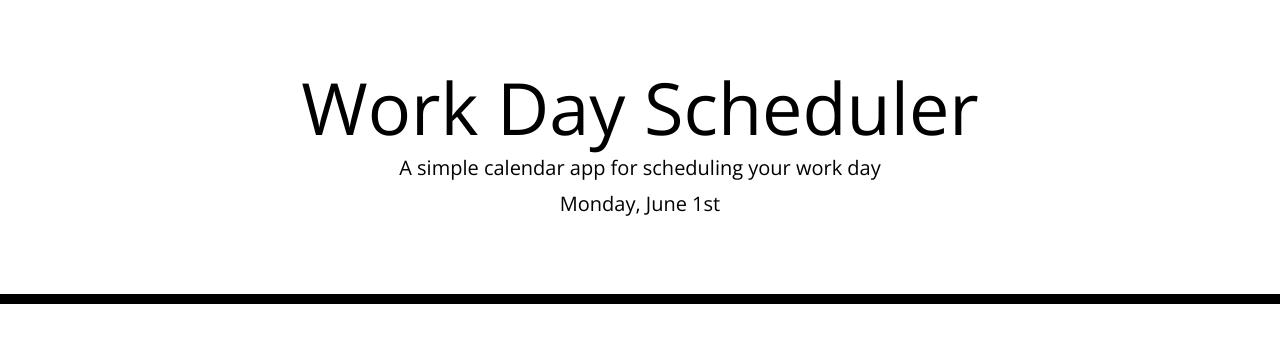
Repository: dtierney21/work-day-scheduler
Page: index.html
These files come from the project's save history. The page is drawn as it stood at one moment and after the next save; the edit follows.
The browser window is 1280 px wide. The pictures show the whole page.
Some web libraries are served in a nearby version.

Above is the page before, as saved 2022-06-28 11:20:00.

### index.html
<!DOCTYPE html>
<html lang="en">
  <head>
    <meta charset="UTF-8" />
    <meta name="viewport" content="width=device-width, initial-scale=1.0" />
    <meta http-equiv="X-UA-Compatible" content="ie=edge" />
    <link
      rel="stylesheet"
      href="https://stackpath.bootstrapcdn.com/bootstrap/4.3.1/css/bootstrap.min.css"
    />
    <link
      rel="stylesheet"
      href="https://use.fontawesome.com/releases/v5.8.1/css/all.css"
      integrity="sha384-50oBUHEmvpQ+1lW4y57PTFmhCaXp0ML5d60M1M7uH2+nqUivzIebhndOJK28anvf"
      crossorigin="anonymous"
    />
    <link
      href="https://fonts.googleapis.com/css?family=Open+Sans&display=swap"
      rel="stylesheet"
    />
    <link rel="stylesheet" href="./assets/css/style.css" />
    <title>Work Day Scheduler</title>
  </head>

  <body>
    <header class="jumbotron">
      <h1 class="display-3">Work Day Scheduler</h1>
      <p class="lead">A simple calendar app for scheduling your work day</p>
      <p id="currentDay" class="lead"></p>
    </header>
    <div class="container">
      <!-- Timeblocks go here -->
    </div>

    <script src="https://cdnjs.cloudflare.com/ajax/libs/jquery/3.2.1/jquery.min.js"></script>
    <script src="https://cdnjs.cloudflare.com/ajax/libs/moment.js/2.24.0/moment.min.js"></script>
    <script src="./assets/js/script.js"></script>
  </body>
</html>

### assets/css/style.css
body {
  font-family: 'Open Sans', sans-serif;
  font-size: 16px;
  line-height: 1;
}

textarea {
  background: transparent;
  border: none;
  resize: none;
  color: #000000;
  border-left: 1px solid black;
  padding: 10px;
}

.jumbotron {
  text-align: center;
  background-color: transparent;
  color: black;
  border-radius: 0;
  border-bottom: 10px solid black;
}

.description {
  white-space: pre-wrap;
}

.time-block {
  text-align: center;
  border-radius: 15px;
}

.row {
  white-space: pre-wrap;
  height: 80px;
  border-top: 1px solid white;
}

.hour {
  background-color: #ffffff;
  color: #000000;
  border-top: 1px dashed #000000;
}

.past {
  background-color: #d3d3d3;
  color: white;
}

.present {
  background-color: #ff6961;
  color: white;
}

.future {
  background-color: #77dd77;
  color: white;
}

.saveBtn {
  border-left: 1px solid black;
  border-top-right-radius: 15px;
  border-bottom-right-radius: 15px;
  background-color: #06aed5;
  color: white;
}

.saveBtn i:hover {
  font-size: 20px;
  transition: all 0.3s ease-in-out;
}

### assets/js/script.js
var currentDayEl = document.querySelector('#currentDay');
var today = moment().format('dddd, MMMM do');
var now = moment();
console.log(now);

currentDayEl.textContent = today;

After the next save:
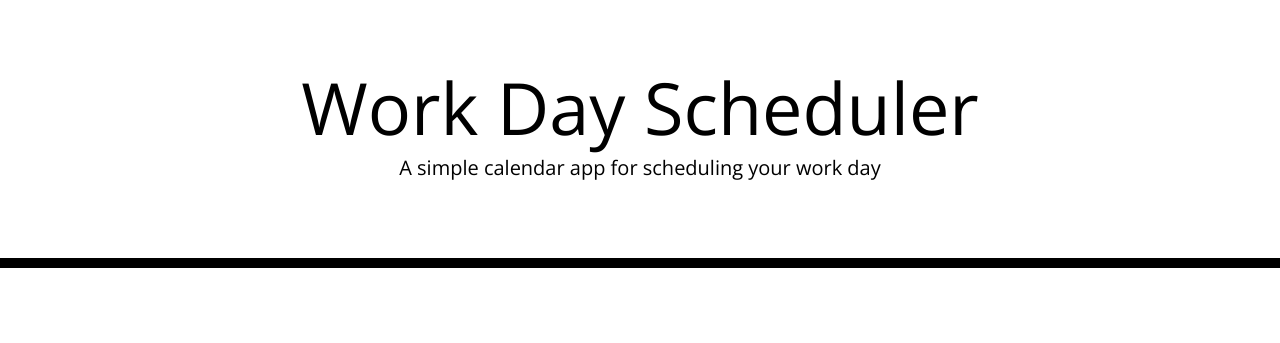
Console error: TypeError: now.getTime is not a function
Saved 74 s later.
--- a/assets/js/script.js
+++ b/assets/js/script.js
@@ -1,6 +1,6 @@
 var currentDayEl = document.querySelector('#currentDay');
 var today = moment().format('dddd, MMMM do');
 var now = moment();
-console.log(now);
+console.log(now.getTime());
 
 currentDayEl.textContent = today;

After the 3 saves that followed:
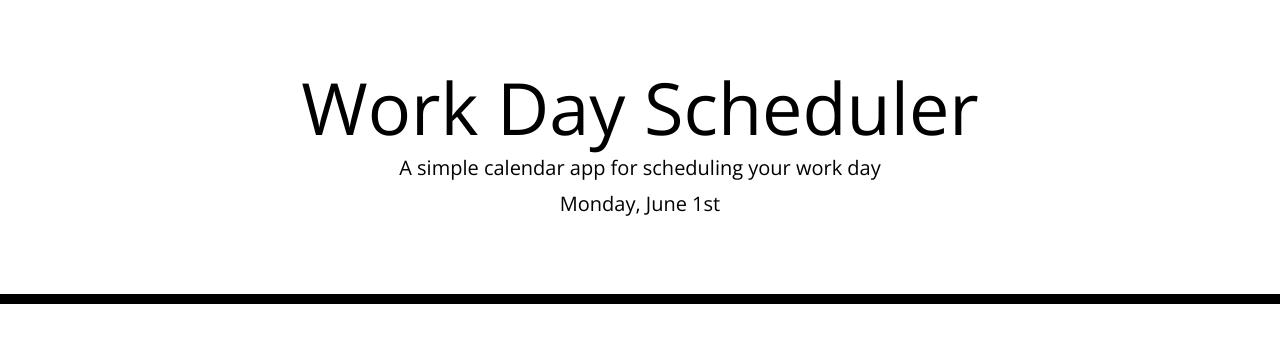
The error is gone.
The 3 saves are shown as one change because 2 left the picture as it was.
The last was saved 53 s later.
--- a/assets/js/script.js
+++ b/assets/js/script.js
@@ -1,6 +1,6 @@
 var currentDayEl = document.querySelector('#currentDay');
 var today = moment().format('dddd, MMMM do');
 var now = moment();
-console.log(now.getTime());
+console.log(now);
 
 currentDayEl.textContent = today;
